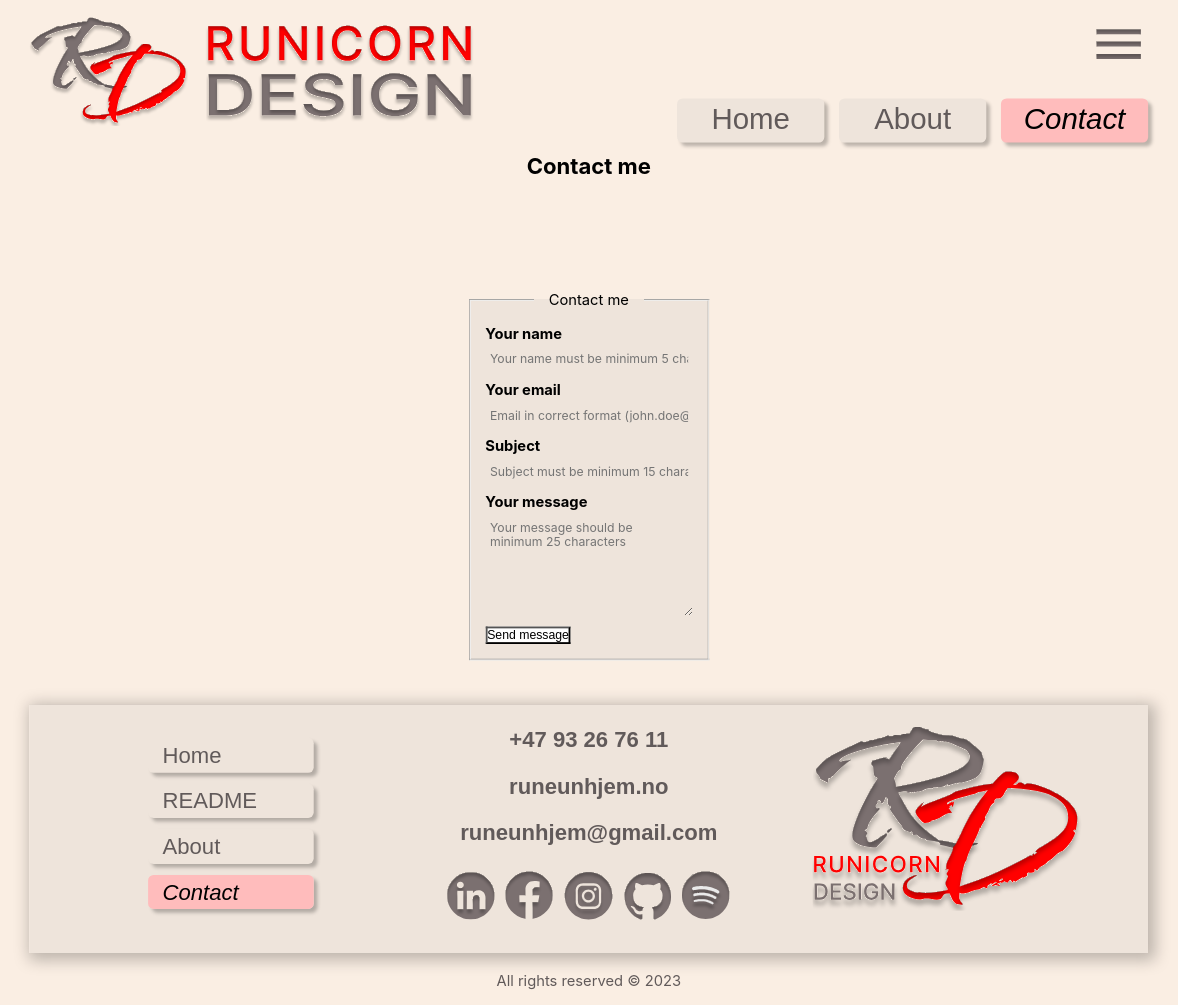
Repository: runeunhjem/portfolio1-ca
Page: contact.html
An editor plug-in stored every save of this project. The page is shown before and after the next save, followed by the edit.
The browser window is 1280 px wide. The pictures show the whole page, at 92% of full size.
Some web fonts or font styles are not loaded; a fallback is used. The style sheet was rebuilt from its Sass, Less or Tailwind sources for each picture, by a compiler version that may differ from the author's.

Above is the page before, as saved 2023-06-08 06:13:34.

After the next save:
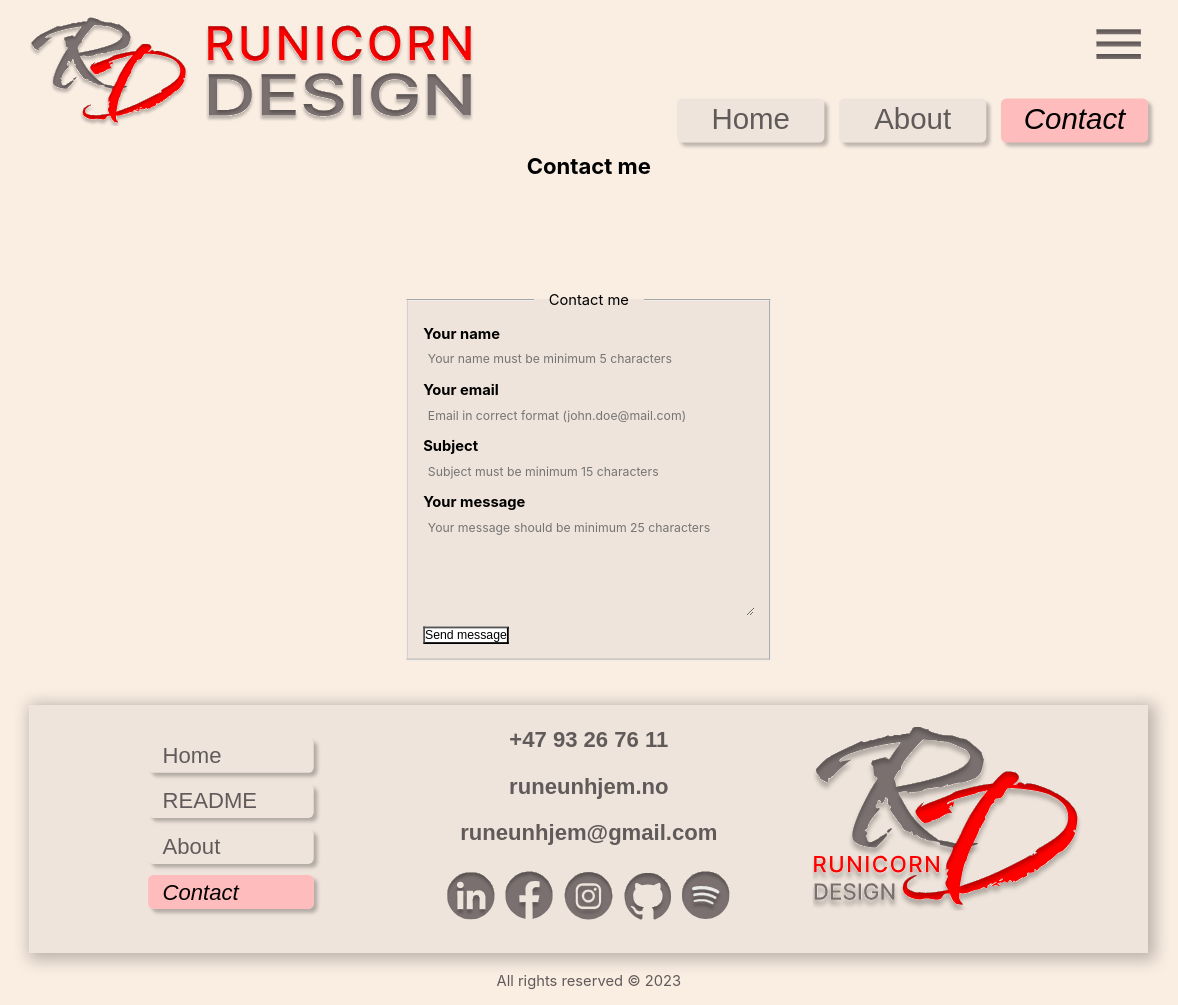
Saved 4 s later.
--- a/contact.html
+++ b/contact.html
@@ -33,7 +33,7 @@
     </div>
   </header>
   <main class="flex-column">
-    <section class="contact-section">
+    <section class="contact-section flex">
       <h1 class="flex header">Contact me</h1>
       <!-- [contact-form-7 id="158" title="Chef's Teable Contact Form"] -->
       <fieldset class="contact-fieldset flex-column">
